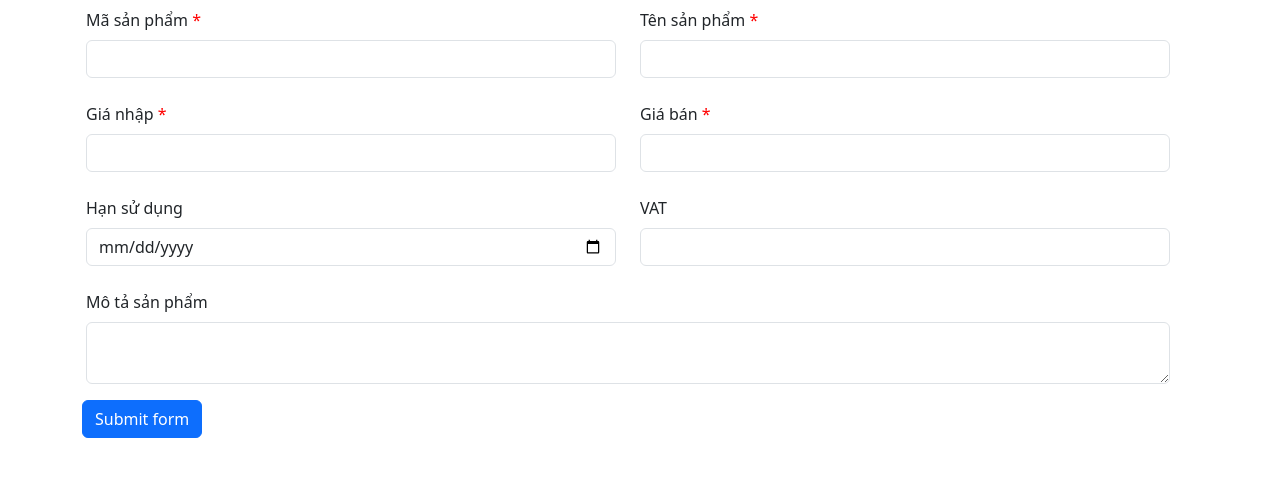
Repository: PhiKhongHoang/JSP-Servlet
Page: http://localhost/Bai10_BaiTapBatLoi/Product.jsp
The author's editor kept a copy of each file at every save. The page is drawn from the files as they stood at one save, then again after the next save.
The browser window is 1280 px wide. The pictures show the whole page.
The page is served by Tomcat 9.

Above is the page before, as saved 2024-02-17 12:48:38.

After the next save:
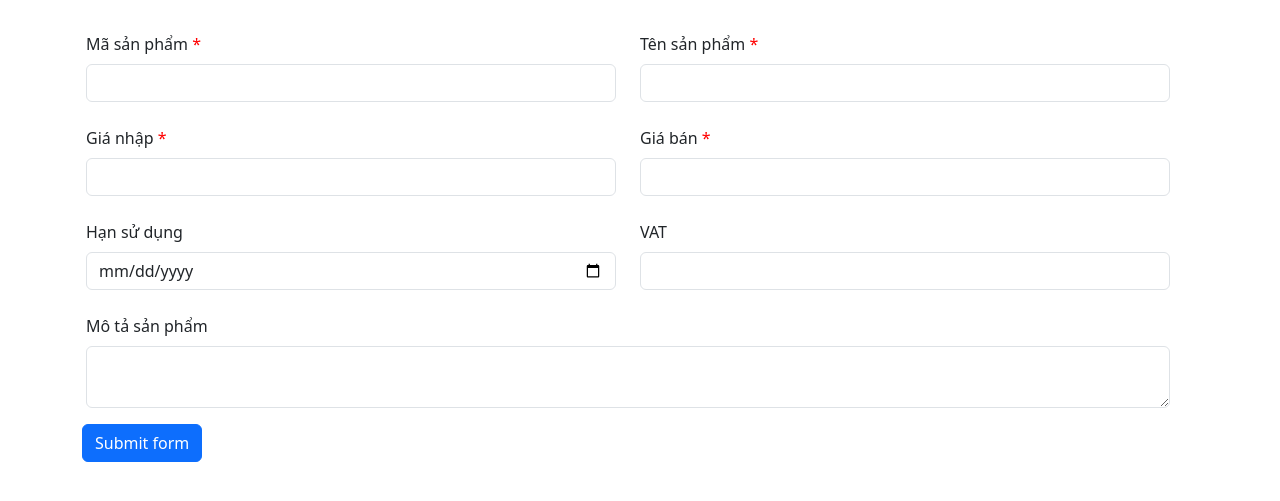
Saved 66 s later.
--- a/Bai10_BaiTapBatLoi/src/main/webapp/Product.jsp
+++ b/Bai10_BaiTapBatLoi/src/main/webapp/Product.jsp
@@ -26,7 +26,7 @@
 	</style>
 </head>
 <body>
-	<div class="container">
+	<div class="container mt-4">
 		<form class="row g-3 needs-validation" action="">
 			<div class="row">
 				<div class="col-6 mt-4">
